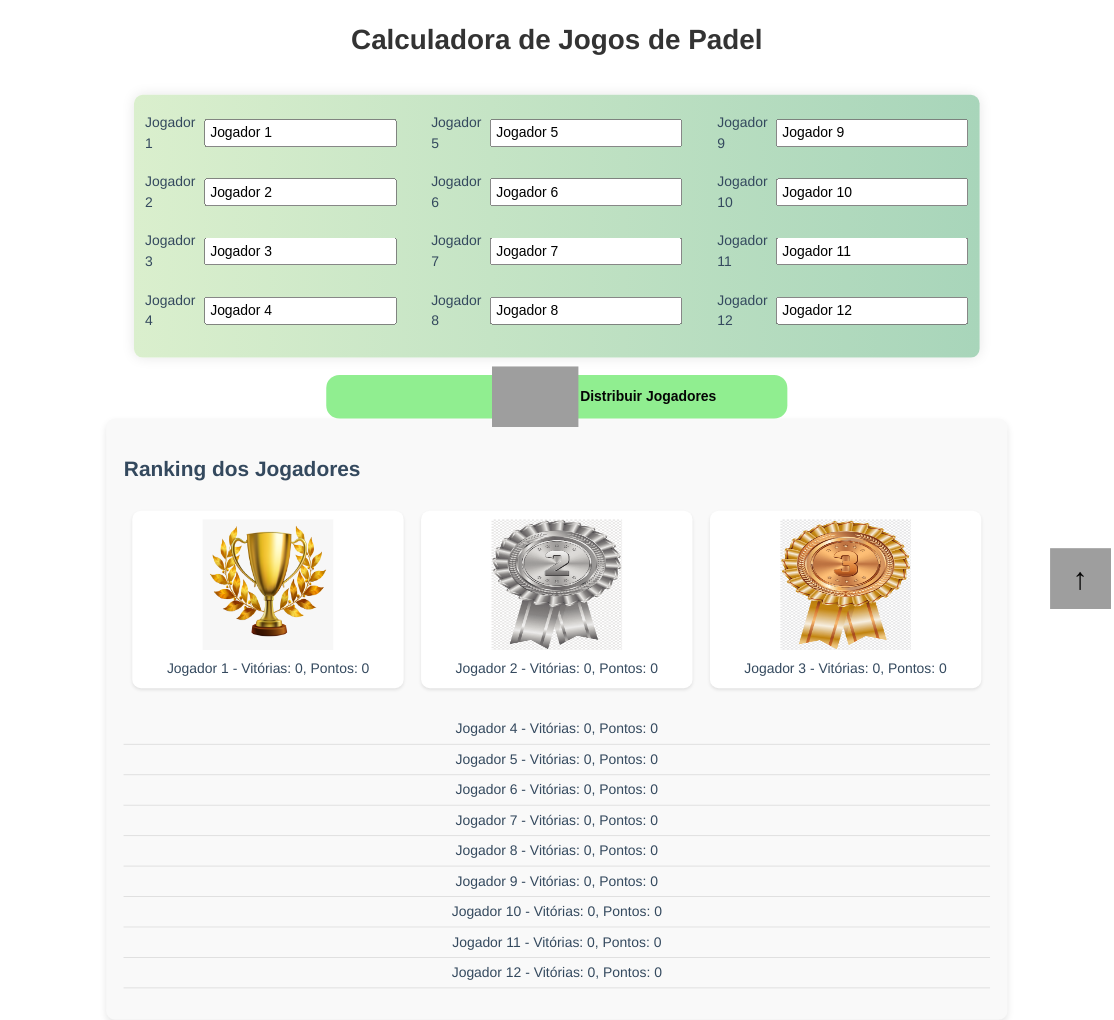
Repository: MarcioMiguel22/PadelMaster
Page: /calculadora
An editor plug-in stored every save of this project. The page is shown before and after the next save, followed by the edit.
The browser window is 1280 px wide. The pictures show the whole page, at 87% of full size.
Pictures or frames that could not be fetched are drawn as grey boxes. The project was rebuilt for these pictures with package versions that can differ from the ones it lists, and the page was loaded fresh each time. Also part of the build but not shown: vite.config.ts, src/pages/Home/Home.tsx, src/components/components_calculadora/Campo.tsx, src/components/components_calculadora/Jogo.tsx, src/pages/Player/playerComponent.tsx, src/index.css.

Above is the page before, as saved 2024-06-16 10:01:36.

### src/main.tsx
///home/marciomiguel/code/MarcioMiguel22/Sites/PadelMaster/src/main.tsx
import { render } from 'react-dom';
import { StrictMode } from 'react';
import App from './App';
import './index.css';

const root = document.getElementById('root')!;
render(
  <StrictMode>
    <App />
  </StrictMode>,
  root
);

### src/App.tsx

///home/marciomiguel/code/MarcioMiguel22/Sites/PadelMaster/src/App.tsx

import { BrowserRouter, Routes, Route } from 'react-router-dom';
import Home from './pages/Home/Home';
import Calculadora from './pages/Calculadora/Calculadora';
import PlayerComponent from './pages/Player/playerComponent';
function App() {
  return (
    <BrowserRouter>
      <Routes>
        <Route path="/" element={<Home />} />
        <Route path="/calculadora" element={<Calculadora />} /> // Wrap Calculadora component with curly braces
        <Route path="/player-component" element={<PlayerComponent />} />
      </Routes>
    </BrowserRouter>
  );
}

export default App

### src/pages/Home/Home.module.css
.padel-container {
  text-align: center;
  background-color: white;
  padding: 20px;
  border-radius: 10px;
  box-shadow: 0 0 10px rgba(0, 0, 0, 0.1);
}

h1 {
  color: #333;
  margin-bottom: 20px;
}

.padel-image {
  max-width: 50%;
  height: auto;
  border-radius: 10px;
  margin-bottom: 20px;
}

.enter-button {
  background-image: url('../../assets/images/tennis-ball.png'); /* Ensure the path is correct */
  background-size: cover;
  background-position: center;
  background-repeat: no-repeat;
  width: 60px;
  height: 60px;
  border: none;
  border-radius: 50%;
  cursor: pointer;
  padding: 0;
}

.enter-button:hover {
  transform: scale(1.1);
}

### src/pages/Calculadora/Calculadora.css
.calculadora-container {
  display: flex;
  flex-direction: column;
  align-items: center;
  gap: 20px;
}

.main-content {
  gap: 20px;
}

.jogadores-lista {
  background: linear-gradient(to right, #daefcd, #a8d5ba);
  display: flex;
  flex-direction: row;
  justify-content: center;
  gap: 40px;
  width: 90%;
  max-width: 1200px;
  margin: 0 auto;
  padding: 20px;
  border-radius: 10px;
  box-shadow: 0 0 15px rgba(0, 0, 0, 0.1);
}

.jogadores-coluna {
  display: flex;
  flex-direction: column;
  align-items: center;
  gap: 10px;
}

.jogador-item {
  display: flex;
  align-items: center;
  margin-bottom: 10px;
}

.jogador-item label {
  margin-right: 10px;
}

.jogador-item input {
  padding: 5px;
  font-size: 16px;
}

.jogador-input {
  margin-right: 5px;
  padding: 5px;
  font-size: 16px;
  border: 1px solid #ccc;
  border-radius: 5px;
}

.distribute-button, .scroll-to-top {
  background-color: #4CAF50;
  color: white;
  padding: 10px 20px;
  border: none;
  border-radius: 5px;
  cursor: pointer;
  font-size: 16px;
  margin-top: 10px;
}

.distribute-button:hover, .scroll-to-top:hover {
  background-color: #45a049;
}

.fields-container {
  display: flex;
  flex-direction: column;
  align-items: center;
  margin-top: 20px;
}

.jogo {
  margin-bottom: 40px;
}

.campos {
  display: flex;
  justify-content: space-around;
}

.field {
  background: linear-gradient(to right, #c3e8ad, #a8d5ba);
  padding: 40px;
  border-radius: 10px;
  box-shadow: 0 0 10px rgba(0, 0, 0, 0.1);
  width: 30%;
}

.field h2 {
  margin-top: 0;
}

.team {
  list-style-type: none;
  padding: 5px;
  background-color: #fff;
  margin: 5px 0;
  border-radius: 5px;
  box-shadow: 0 0 5px rgba(0, 0, 0, 0.1);
  width: fit-content; /* Ajuste o valor conforme necessário */
}

.team.vencedor {
  background-color: #d4edda; /* Verde claro */
}

.team.perdedor {
  background-color: #f8d7da; /* Vermelho claro */
}

.team div {
  display: flex;
  align-items: center;
}

.team input.resultado-input {
  margin-left: 10px;
  width: 45px;
  padding: 5px;
  font-size: 16px;
}

.ranking-container {
  margin-top: 40px;
}

.ranking-container h2 {
  margin-bottom: 10px;
}

.ranking-container ul {
  list-style-type: none;
  padding: 0;
}

.ranking-container li {
  margin: 5px 0;
}



/* Media Queries para Mobile */
@media screen and (max-width: 767px) {
  .jogadores-lista {
    flex-direction: column;
    align-items: center;
    gap: 20px;
    padding: 10px;
  }

  .field {
    width: 80%;
    margin-bottom: 20px;
  }

  .campos {
    flex-direction: column;
    align-items: center;
    gap: 20px;
  }

  .distribute-button, .scroll-to-top {
    width: 100%;
    font-size: 14px;
    padding: 8px 16px;
  }

  .team div {
    flex-direction: column;
    align-items: flex-start;
  }

  .team input.resultado-input {
    margin-left: 0;
    margin-top: 5px;
  }
  .ranking-container {
    flex-flow: column;
    margin-top: 40px;
  }

  .ranking-container h2 {
    margin-bottom: 10px;
  }

  .ranking-container ul {
    list-style-type: none;
    padding: 0;
  }

  .ranking-container li {
    margin: 5px 0;
  }
}

/* Media Queries para Mobile */
@media screen and (max-width: 479px) {
  .jogadores-lista {
    flex-direction: column;
    align-items: center;
    gap: 20px;
    padding: 10px;
  }

  .field {
    width: 80%;
    margin-bottom: 20px;
  }

  .campos {
    flex-direction: column;
    align-items: center;
    gap: 20px;
  }

  .distribute-button, .scroll-to-top {
    width: 100%;
    font-size: 14px;
    padding: 8px 16px;
  }

  .team div {
    flex-direction: column;
    align-items: flex-start;
  }

  .team input.resultado-input {
    margin-left: 0;
    margin-top: 5px;
  }
  .ranking-container {
    flex-flow: column;
    margin-top: 40px;
  }

  .ranking-container h2 {
    margin-bottom: 10px;
  }

  .ranking-container ul {
    list-style-type: none;
    padding: 0;
  }

  .ranking-container li {
    margin: 5px 0;
  }
}

### src/components/components_calculadora/JogadoresLista.tsx
import React from 'react';
import JogadorItem from './JogadorItem';
import { Jogador } from '../../utils/types/types'; // Importando o tipo Jogador

interface JogadoresListaProps {
  jogadores: Jogador[];
  handleNomeChange: (id: number, novoNome: string) => void;
}

const JogadoresLista: React.FC<JogadoresListaProps> = ({ jogadores, handleNomeChange }) => (
  <div className="jogadores-lista">
    {Array.from({ length: 3 }, (_, i) => (
      <div className="jogadores-coluna" key={i}>
        {jogadores.slice(i * 4, (i + 1) * 4).map(jogador => (
          <JogadorItem
            key={jogador.id}
            jogador={jogador}
            handleNomeChange={handleNomeChange}
          />
        ))}
      </div>
    ))}
  </div>
);

export default JogadoresLista;

### src/components/components_calculadora/Ranking.tsx
import React from 'react';
import ouro from '../../assets/images/ouro.png';
import prata from '../../assets/images/prata.png';
import bronze from '../../assets/images/bronze.png';
import styles from './Ranking.module.css';

interface Jogador {
  id: number;
  nome: string;
  vitorias: number;
  pontos: number;
}

interface RankingProps {
  jogadoresClassificados: Jogador[];
}

const Ranking: React.FC<RankingProps> = ({ jogadoresClassificados }) => {
  const top3 = jogadoresClassificados.slice(0, 3);
  const outrosJogadores = jogadoresClassificados.slice(3);

  const medalhas = [ouro, prata, bronze];

  return (
    <div className={styles.rankingContainer}>
      <h2>Ranking dos Jogadores</h2>
      <div className={styles.top3Container}>
        {top3.map((jogador, index) => (
          <div key={jogador.id} className={styles.top3Item}>
            <img src={medalhas[index]} alt={`Medalha de ${index + 1}`} className={styles.medalha} />
            {jogador.nome} - Vitórias: {jogador.vitorias}, Pontos: {jogador.pontos}
          </div>
        ))}
      </div>
      <ul className={styles.outrosJogadores}>
        {outrosJogadores.map((jogador) => (
          <li key={jogador.id}>
            {jogador.nome} - Vitórias: {jogador.vitorias}, Pontos: {jogador.pontos}
          </li>
        ))}
      </ul>
    </div>
  );
};

export default Ranking;

### src/components/components_calculadora/logic/gameLogic.ts
import { Jogador, Campo as CampoType } from '../../../utils/types/types';

export const separarDuplas = (jogadores: Jogador[]): Jogador[] => {
  const separados: Jogador[] = [];
  while (jogadores.length) {
    const [jogador1, jogador2] = jogadores.splice(0, 2);
    separados.push(jogador1);
    if (jogador2) separados.push(jogador2);
  }
  return separados;
};

export const iniciarProximoJogo = (jogos: CampoType[][], setJogos: React.Dispatch<React.SetStateAction<CampoType[][]>>) => {
  const ultimoJogo = jogos[jogos.length - 1];
  const novosCampos: CampoType[] = [
    { id: 1, times: [] },
    { id: 2, times: [] },
    { id: 3, times: [] },
  ];

  const campo1 = ultimoJogo.find(campo => campo.id === 1);
  const campo2 = ultimoJogo.find(campo => campo.id === 2);
  const campo3 = ultimoJogo.find(campo => campo.id === 3);

  if (campo1 && campo2 && campo3) {
    const [time1Campo1, time2Campo1] = campo1.times;
    const [time1Campo2, time2Campo2] = campo2.times;
    const [time1Campo3, time2Campo3] = campo3.times;

    // Vencedores e perdedores dos campos
    const vencedoresCampo1 = time1Campo1.resultado > time2Campo1.resultado ? time1Campo1.jogadores : time2Campo1.jogadores;
    const perdedoresCampo1 = time1Campo1.resultado > time2Campo1.resultado ? time2Campo1.jogadores : time1Campo1.jogadores;

    const vencedoresCampo2 = time1Campo2.resultado > time2Campo2.resultado ? time1Campo2.jogadores : time2Campo2.jogadores;
    const perdedoresCampo2 = time1Campo2.resultado > time2Campo2.resultado ? time2Campo2.jogadores : time1Campo2.jogadores;

    const vencedoresCampo3 = time1Campo3.resultado > time2Campo3.resultado ? time1Campo3.jogadores : time2Campo3.jogadores;
    const perdedoresCampo3 = time1Campo3.resultado > time2Campo3.resultado ? time2Campo3.jogadores : time1Campo3.jogadores;

    // Atualizar pontuação dos jogadores
    const margemVitoriaCampo1 = Math.abs(time1Campo1.resultado - time2Campo1.resultado);
    const margemVitoriaCampo2 = Math.abs(time1Campo2.resultado - time2Campo2.resultado);
    const margemVitoriaCampo3 = Math.abs(time1Campo3.resultado - time2Campo3.resultado);

    vencedoresCampo1.forEach(jogador => {
      jogador.vitorias += 1;
      jogador.pontos += margemVitoriaCampo1;
    });

    vencedoresCampo2.forEach(jogador => {
      jogador.vitorias += 1;
      jogador.pontos += margemVitoriaCampo2;
    });

    vencedoresCampo3.forEach(jogador => {
      jogador.vitorias += 1;
      jogador.pontos += margemVitoriaCampo3;
    });

    // Campo 1: vencedores do campo 1 e vencedores do campo 2
    novosCampos[0].times.push(
      { jogadores: [vencedoresCampo1[0], vencedoresCampo2[0]], resultado: 0 },
      { jogadores: [vencedoresCampo1[1], vencedoresCampo2[1]], resultado: 0 }
    );

    // Campo 2: perdedores do campo 1 e vencedores do campo 3
    novosCampos[1].times.push(
      { jogadores: [perdedoresCampo1[0], vencedoresCampo3[0]], resultado: 0 },
      { jogadores: [perdedoresCampo1[1], vencedoresCampo3[1]], resultado: 0 }
    );

    // Campo 3: perdedores do campo 2 e perdedores do campo 3
    novosCampos[2].times.push(
      { jogadores: [perdedoresCampo2[0], perdedoresCampo3[0]], resultado: 0 },
      { jogadores: [perdedoresCampo2[1], perdedoresCampo3[1]], resultado: 0 }
    );
  }

  setJogos([...jogos, novosCampos]);
};

### src/components/components_calculadora/ScrollToTopButton.tsx
import React from 'react';
import tennisBall from '../../assets/images/tennis-ball.png';
import styles from './ScrollToTopButton.module.css'; // Importando o arquivo CSS Module

const ScrollToTopButton: React.FC = () => {
  const scrollToTop = () => {
    window.scrollTo({ top: 0, behavior: 'smooth' });
  };

  return (
    <button onClick={scrollToTop} className={styles.scrollToTop}>
      <img src={tennisBall} alt="Tennis Ball" className={styles.tennisBall} />
      <span className={styles.arrowUp}>↑</span>
    </button>
  );
};

export default ScrollToTopButton;

### src/components/components_calculadora/DistributeButton.tsx
import React from 'react';
import tennisBall from '../../assets/images/tennis-ball.png';
import styles from './DistributeButton.module.css'; // Importando o arquivo CSS Module

const DistributeButton: React.FC<{ onClick: () => void }> = ({ onClick }) => {
  return (
    <div className={styles.container}>
      <button onClick={onClick} className={styles.distributeButton}>
        <img src={tennisBall} alt="Tennis Ball" className={styles.tennisBall} />
        <span className={styles.label}>Distribuir Jogadores</span>
      </button>
    </div>
  );
};

export default DistributeButton;

### src/pages/Player/playerComponent.module.css
/* playerComponent.module.css */

/* Root Variables */
:root {
  --primary-color: #2c3e50;
  --secondary-color: #ecf0f1;
  --accent-color: #e74c3c;
  --text-color: #34495e;
  --background-color: #ffffff;
  --border-color: #bdc3c7;
  --link-color: #2980b9;
  --font-family: 'Helvetica Neue', Arial, sans-serif;
  --font-size: 16px;
  --line-height: 1.5;
}

body {
  font-family: var(--font-family);
  font-size: var(--font-size);
  line-height: var(--line-height);
  color: var(--text-color);
  background-color: var(--background-color);
  margin: 0;
  padding: 0;
}

.navigation-bar {
  background-color: var(--primary-color);
  color: var(--secondary-color);
  padding: 10px 0;
}

.container {
  width: 90%;
  max-width: 1200px;
  margin: 0 auto;
  display: flex;
  justify-content: space-between;
  align-items: center;
}

.nav-brand .site-name {
  font-size: 24px;
  font-weight: bold;
  color: var(--secondary-color);
}

.navigation-menu {
  display: flex;
  gap: 15px;
}

.navigation-link {
  color: var(--secondary-color);
  text-decoration: none;
  font-size: 18px;
}

.navigation-link:hover {
  color: var(--accent-color);
}

.menu-button .nav-icon-menu {
  width: 30px;
  height: 3px;
  background-color: var(--secondary-color);
  margin: 5px 0;
}

.content-wrapper {
  padding: 20px 0;
}

.row {
  display: flex;
}

.sidebar {
  width: 25%;
}

.content-column {
  width: 75%;
}

.white-wrapper {
  background-color: var(--background-color);
  padding: 20px;
  border: 1px solid var(--border-color);
  border-radius: 10px;
}

.circle-profile {
  width: 100px;
  height: 100px;
  border-radius: 50%;
  display: block;
  margin: 0 auto 10px;
}

.site-description {
  text-align: center;
  margin: 10px 0;
}

.grey-rule {
  height: 1px;
  background-color: var(--border-color);
  margin: 20px 0;
}

.small-heading {
  font-size: 18px;
  font-weight: bold;
  color: var(--text-color);
  margin-bottom: 10px;
}

.feature-posts-list .post-item {
  margin-bottom: 10px;
}

.small-post-link {
  text-decoration: none;
  color: var(--link-color);
  font-size: 16px;
}

.small-post-link:hover {
  color: var(--accent-color);
}

.social-link-group {
  display: flex;
  justify-content: space-around;
  margin: 20px 0;
}

.social-icon-link img {
  width: 25px;
  height: 25px;
}

.built-with-webflow {
  text-align: center;
  margin-top: 10px;
  font-size: 14px;
}

.webflow-link {
  color: var(--link-color);
  text-decoration: none;
}

.webflow-link:hover {
  color: var(--accent-color);
}

.post-wrapper {
  background-color: var(--background-color);
  padding: 20px;
  border: 1px solid var(--border-color);
  border-radius: 10px;
  margin-bottom: 20px;
}

.post-content .row {
  display: flex;
}

.blog-image {
  display: block;
  width: 100%;
  height: auto;
  background-color: var(--border-color);
  text-align: center;
  padding: 20px;
  color: var(--text-color);
  text-decoration: none;
  font-size: 16px;
}

.blog-title-link {
  text-decoration: none;
  color: var(--text-color);
}

.blog-title-link:hover {
  color: var(--accent-color);
}

.blog-title {
  font-size: 24px;
  margin: 0 0 10px;
}

.details-wrapper {
  display: flex;
  align-items: center;
  gap: 10px;
  margin-bottom: 10px;
}

.post-info {
  font-size: 14px;
  color: var(--text-color);
}

.when-link {
  text-decoration: none;
  color: var(--link-color);
}

.when-link:hover {
  color: var(--accent-color);
}

.post-summary-wrapper {
  margin-bottom: 10px;
}

.post-summary {
  font-size: 16px;
  color: var(--text-color);
}

.read-more-link {
  text-decoration: none;
  color: var(--link-color);
  font-size: 14px;
}

.read-more-link:hover {
  color: var(--accent-color);
}

.button-wrapper {
  text-align: center;
  margin-top: 20px;
}

.button {
  background-color: var(--primary-color);
  color: var(--secondary-color);
  border: none;
  padding: 10px 20px;
  border-radius: 5px;
  font-size: 16px;
  cursor: pointer;
  transition: background-color 0.3s;
}

.button:hover {
  background-color: var(--accent-color);
}

.sidebar-on-mobile {
  display: none;
}

@media (max-width: 768px) {
  .row {
    flex-direction: column;
  }

  .sidebar {
    display: none;
  }

  .content-column {
    width: 100%;
  }

  .sidebar-on-mobile {
    display: block;
    margin-top: 20px;
  }
}

### src/components/components_calculadora/JogadorItem.tsx
import React from 'react';
import { Jogador } from '../../utils/types/types'; // Importando o tipo Jogador

interface JogadorItemProps {
  jogador: Jogador;
  handleNomeChange: (id: number, novoNome: string) => void;
}

const JogadorItem: React.FC<JogadorItemProps> = ({ jogador, handleNomeChange }) => (
  <div className="jogador-item">
    <label>{`Jogador ${jogador.id}`}</label>
    <input
      type="text"
      value={jogador.nome}
      onChange={(e) => handleNomeChange(jogador.id, e.target.value)}
    />
  </div>
);

export default JogadorItem;

### src/components/components_calculadora/Ranking.module.css
.rankingContainer {
  padding: 20px;
  background-color: #f9f9f9;
  border-radius: 10px;
  box-shadow: 0 4px 8px rgba(0, 0, 0, 0.1);
}

.top3Container {
  display: flex;
  justify-content: space-around;
  margin-bottom: 20px;
  flex-wrap: wrap; /* Ensure items wrap in smaller screens */
}

.top3Item {
  display: flex;
  flex-direction: column;
  align-items: center;
  padding: 10px;
  background-color: #ffffff;
  border-radius: 10px;
  box-shadow: 0 2px 4px rgba(0, 0, 0, 0.1);
  text-align: center;
  margin: 10px; /* Added margin to ensure spacing between items */
  flex-basis: calc(33.33% - 20px); /* Ensure items take equal width, minus margins */
  box-sizing: border-box; /* Ensure padding is included in the element's width */
}

.medalha {
  width: 150px;
  height: 150px;
  margin-bottom: 10px;
  transition: transform 0.3s ease-in-out;
  object-fit: initial;
  background-color: transparent;
}

.medalha:hover {
  transform: scale(1.2);
  animation: pulse 1s infinite;
}

@keyframes pulse {
  0% {
    transform: scale(1.2);
  }
  50% {
    transform: scale(1.25);
  }
  100% {
    transform: scale(1.2);
  }
}

.outrosJogadores {
  list-style-type: none;
  padding: 0;
}

.outrosJogadores li {
  padding: 5px 0;
  border-bottom: 1px solid #ddd;
  text-align: center;
}

/* Media Queries for Smaller Screens */
@media screen and (max-width: 767px) {
  .top3Item {
    flex-basis: calc(50% - 20px); /* Two items per row on smaller screens */
  }
}

@media screen and (max-width: 479px) {
  .top3Item {
    flex-basis: 100%; /* One item per row on the smallest screens */
  }
}

### src/components/components_calculadora/ScrollToTopButton.module.css
.scrollToTop {
  position: fixed;
  bottom: 20px;
  left: 97%;
  transform: translateX(-50%);
  width: 70px;
  height: 70px;
  border: none;
  background: none;
  cursor: pointer;
  display: flex;
  align-items: center;
  justify-content: center;
}

.tennisBall {
  width: 100%;
  height: 100%;
  position: absolute;
}

.arrowUp {
  position: absolute;
  font-size: 35px;
  color: rgb(5, 5, 5);
  font-weight: bold;
  z-index: 1;
}

### src/components/components_calculadora/DistributeButton.module.css
.container {
  width: 500px;
  height: 20px;
  background-color: lightgreen;
  padding: 15px;
  border-radius: 15px;
  display: flex;
  justify-content: center;
  align-items: center;
}

.distributeButton {
  bottom: 100px; /* Ajuste a posição conforme necessário */
  left: 50%;
  transform: translateX(20%);
  width: auto;
  height: 70px;
  border: none;
  background: none;
  cursor: pointer;
  display: flex;
  align-items: center;
  justify-content: center;
  flex-direction: row; /* Altera para linha */
}

.tennisBall {
  width: 100px;
  height: 70px;

}

.label {
  font-size: 16px;
  color: rgb(5, 5, 5);
  font-weight: bold;
  margin-left: 2px; /* Espaço entre a bola e o texto */
}

Loaded but not shown: index.html (common file); src/pages/Calculadora/Calculadora.tsx (142 lines, source omitted)

After the next save:
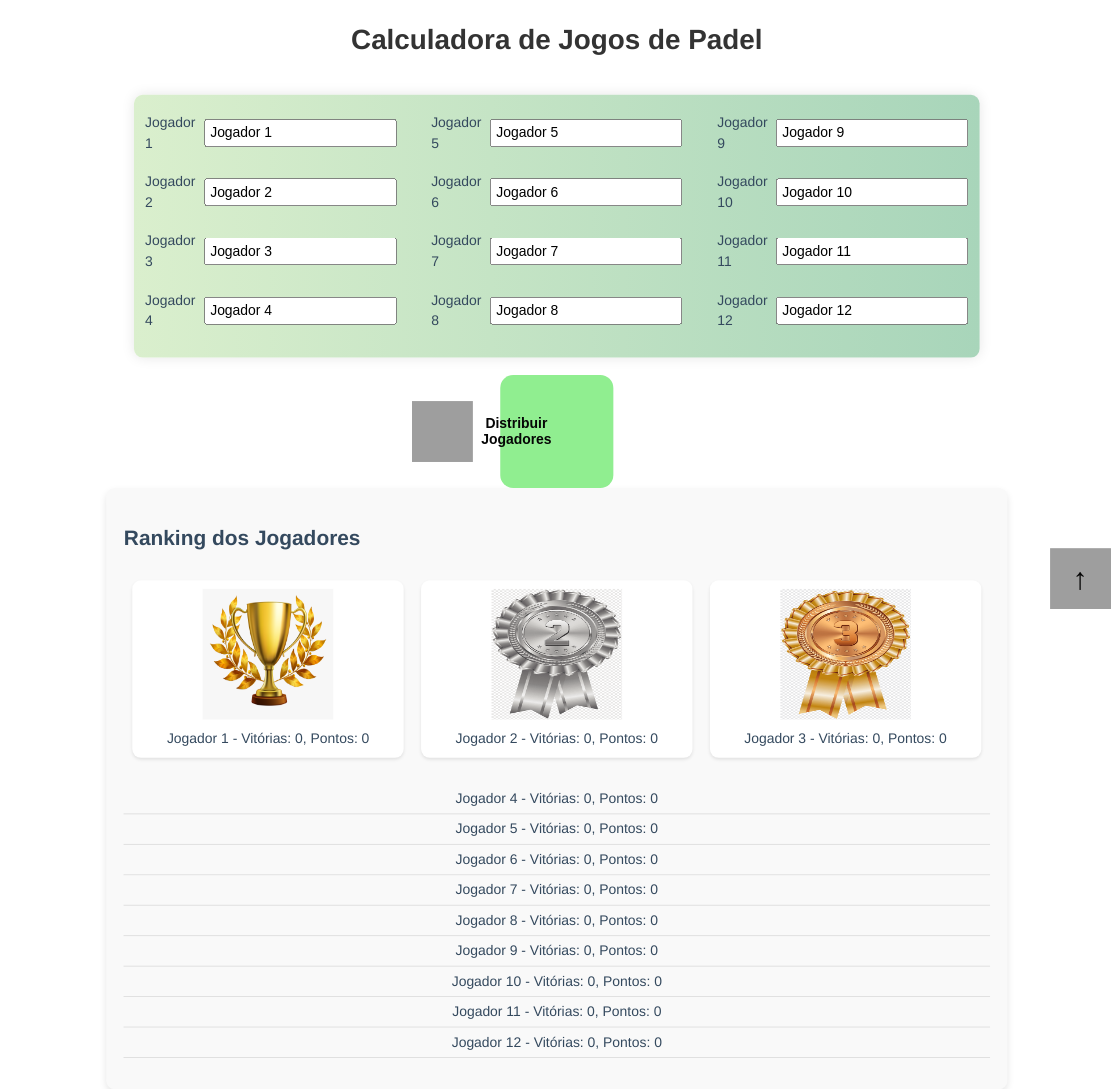
Saved 24 s later.
--- a/src/components/components_calculadora/DistributeButton.module.css
+++ b/src/components/components_calculadora/DistributeButton.module.css
@@ -1,6 +1,6 @@
 .container {
-  width: 500px;
-  height: 20px;
+  width: 100px;
+  height: 100px;
   background-color: lightgreen;
   padding: 15px;
   border-radius: 15px;
@@ -12,7 +12,7 @@
 .distributeButton {
   bottom: 100px; /* Ajuste a posição conforme necessário */
   left: 50%;
-  transform: translateX(20%);
+  transform: translateX(-50%);
   width: auto;
   height: 70px;
   border: none;
@@ -25,14 +25,14 @@
 }
 
 .tennisBall {
-  width: 100px;
+  width: 70px;
   height: 70px;
-
+  position: relative; /* Altera para relativo */
 }
 
 .label {
   font-size: 16px;
   color: rgb(5, 5, 5);
   font-weight: bold;
-  margin-left: 2px; /* Espaço entre a bola e o texto */
+  margin-left: 10px; /* Espaço entre a bola e o texto */
 }
